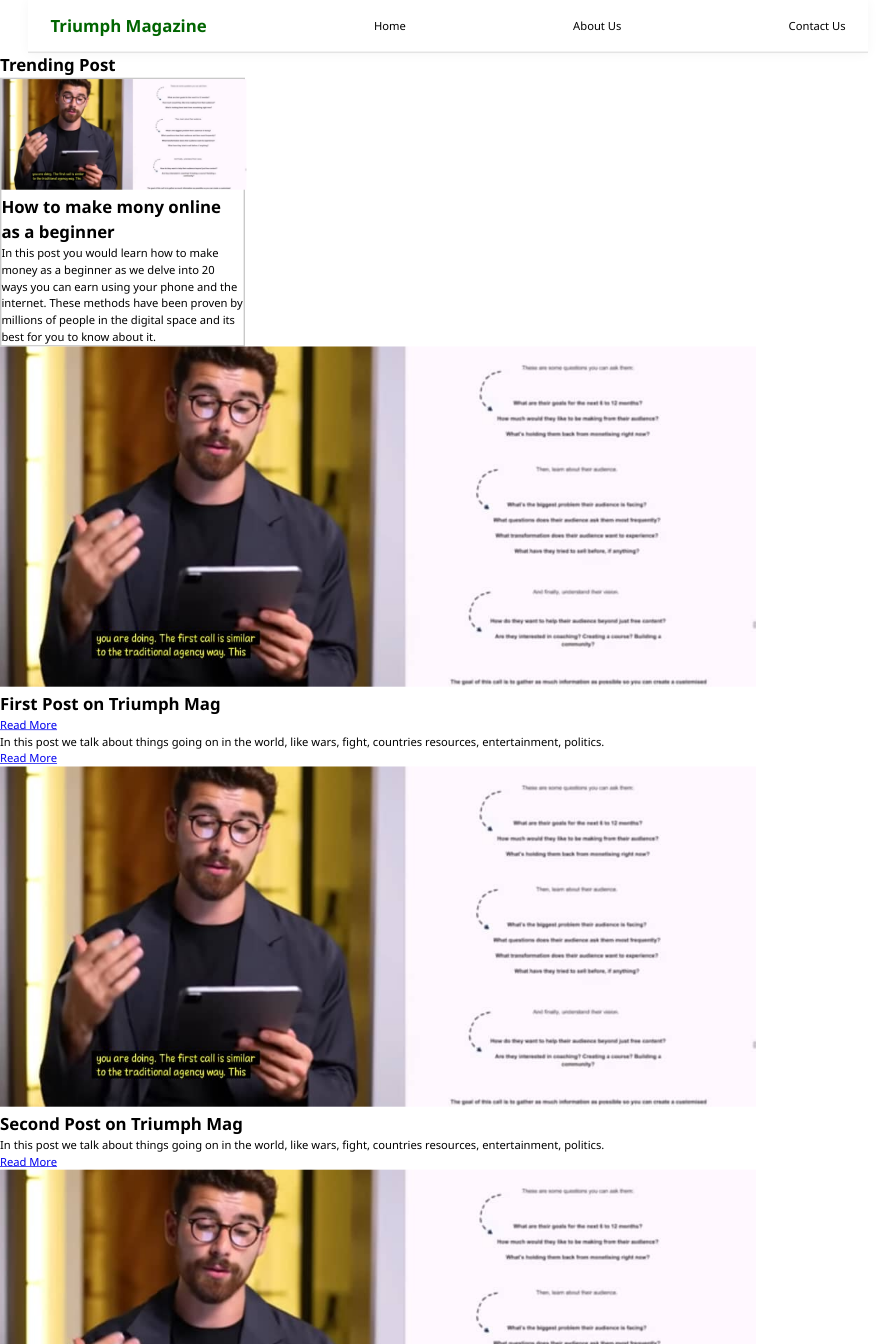
Repository: zikcolle/Triumph-Blog
Page: index.html
The author's editor kept a copy of each file at every save. The page is drawn from the files as they stood at one save, then again after the next save.
The browser window is 1280 px wide. The pictures show the part of the page from y = 0 to 1920 px (the page is 4623 px tall before and 4600 px after), at 70% of full size.

Above is the page before, as saved 2026-06-20 15:31:49.

### index.html
<!DOCTYPE html>
<html lang="en">

<head>
    <meta charset="UTF-8">
    <meta name="viewport" content="width=device-width, initial-scale=1.0">
    <title>Triumph Magazine</title>
    <link rel="stylesheet" href="styles.css">
</head>

<body>
    <header>
        <h2>Triumph Magazine</h2>
            <a href="#">Home</a></li>
            <a href="/about-us">About Us</a>
            <a href="/contact-us">Contact Us</a>
    </header>

    <main>
        <section>
            <div>
                <h2 class="label-post">Trending Post</h2>
            </div>
            <div class="feat-post">
                <img src="simage\postiman.jpeg">
                <h1>How to make mony online as a beginner</h1>
                <p>In this post you would learn how to make money as a beginner as we delve into 20 ways you can earn
                    using your phone and the internet. These methods have been proven by millions of people in the
                    digital space and its best for you to know about it.</p>
            </div>
        </section>

        <section class="post-grid">
            <div class="blog-post">
                <img src="simage\postiman.jpeg">
                <h1>First Post on Triumph Mag</h1><a href="#" class="read-more">Read More</a>
                <p>In this post we talk about things going on in the world, like wars, fight, countries resources,
                    entertainment, politics.</p>
                <a href="#" class="read-more">Read More</a>
            </div>

            <div class="blog-post">
                <img src="simage\postiman.jpeg">
                <h1>Second Post on Triumph Mag</h1>
                <p>In this post we talk about things going on in the world, like wars, fight, countries resources,
                    entertainment, politics.</p>
                <a href="#" class="read-more">Read More</a>
            </div>

            <div class="blog-post">
                <img src="simage\postiman.jpeg">
                <h1>Third Post on Triumph Mag</h1>
                <p>In this post we talk about things going on in the world, like wars, fight, countries resources,
                    entertainment, politics.</p>
                <a href="#" class="read-more">Read More</a>
            </div>

            <div class="blog-post">
                <img src="simage\postiman.jpeg">
                <h1>Fourth Post on Triumph Mag</h1>
                <p>In this post we talk about things going on in the world, like wars, fight, countries resources,
                    entertainment, politics.</p>
                <a href="#" class="read-more">Read More</a>
            </div>

            <div class="blog-post">
                <img src="simage\postiman.jpeg">
                <h1>Fifth Post on Triumph Mag</h1>
                <p>In this post we talk about things going on in the world, like wars, fight, countries resources,
                    entertainment, politics.</p>
                <a href="#" class="read-more">Read More</a>
            </div>

            <div class="blog-post">
                <img src="simage\postiman.jpeg">
                <h1>Sixth Post on Triumph Mag</h1>
                <p>In this post we talk about things going on in the world, like wars, fight, countries resources,
                    entertainment, politics.</p>
                <a href="#" class="read-more">Read More</a>
            </div>

            <div><a href="/blog">View More Posts</a></div>
        </section>

        <section>
            <h2>Related Posts</h2>

            <div class="blog-post">
                <img src="simage\postiman.jpeg">
                <h1><a href="/blog">Sixth Post on Triumph Mag</a></h1>
            </div>
        </section>
    </main>

    <footer>
        <h2>Triumph Magazine</h2>
        <p>© 2026 Triumph Magazine. All rights reserved.</p>
    </footer>

</body>

</html>

### styles.css
* {
    margin: 0;
    padding: 0;
    box-sizing: border-box;
    scroll-behavior: smooth;
}

body {
    background-color: rgb(255, 255, 255);
    color: rgb(0, 0, 0);
    font-family:'Segoe UI', Tahoma, Geneva, Verdana, sans-serif;
    line-height: 1.5;
}

header {
    position: sticky;
    display: flex;
    justify-content: space-between;
    align-items: center;
    margin: 0 auto;
    max-width: 1200px;
    background-color: rgba(255,255,255,0.92);
    border-bottom: 1px solid rgba(0, 0, 0, 0.213);
    backdrop-filter: blur(20px) saturate(180%);
    -webkit-backdrop-filter: blur(20px) saturate(180%);
    box-shadow: 0 1px 0 rgba(0,0,0,0.04), 0 2px 16px rgba(0,0,0,0.04);
    padding: 1.2rem 2rem;
    top: 0;
    z-index: 100;
    color: rgb(0, 101, 0);
}

header a {
    text-decoration: none;
    color: rgb(0, 0, 0);
}

header a:hover {
    text-decoration: none;
    color: rgb(0, 101, 0);
    text-decoration: underline;
}

.feat-post {
    background-color: rgb(255, 255, 255);
    border: 2px solid rgba(0, 0, 0, 0.213);
    max-width: 350px;
}

.feat-post img {
    max-width: 350px;
}

After the next save:
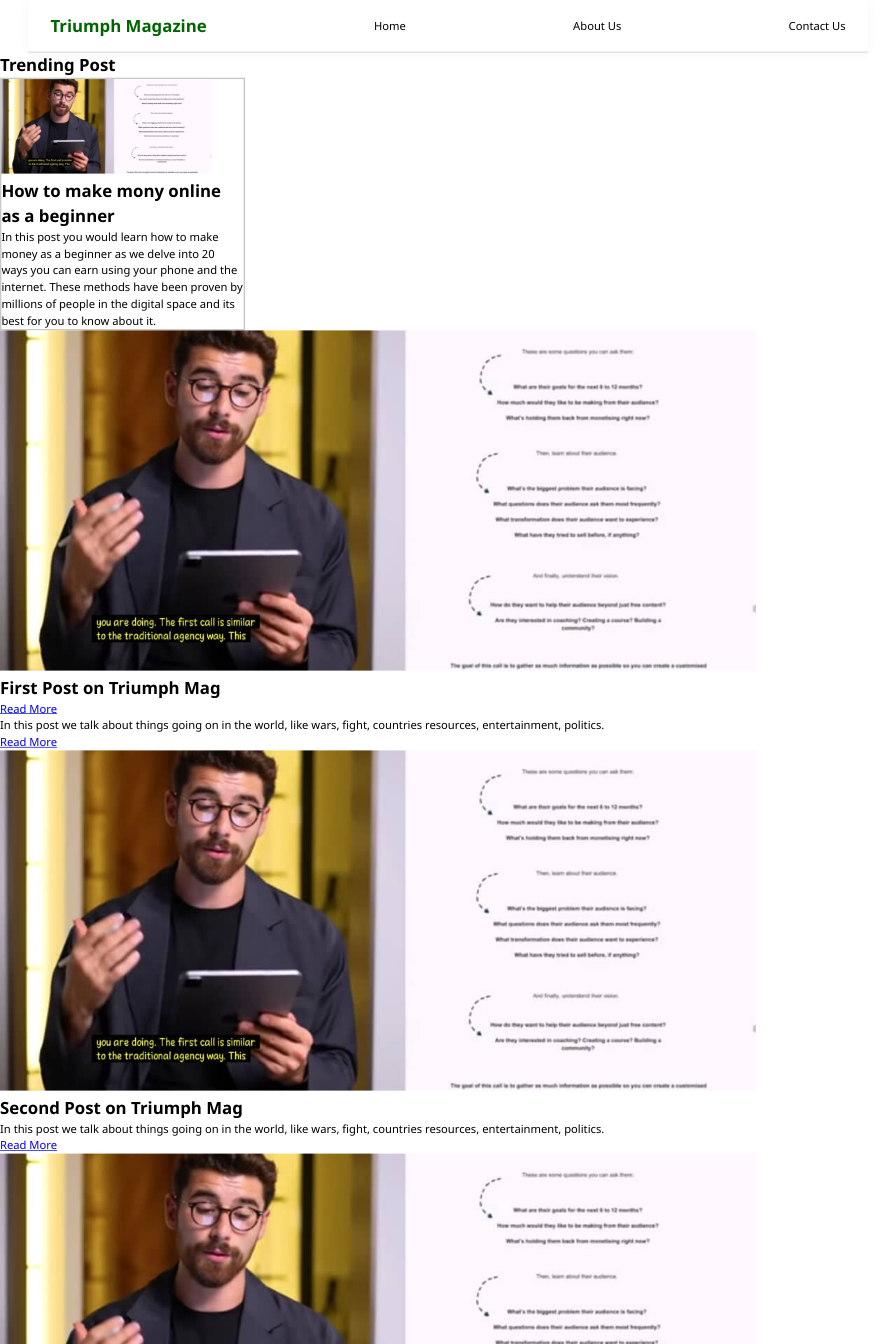
Saved 13 s later.
--- a/styles.css
+++ b/styles.css
@@ -48,5 +48,5 @@ header a:hover {
 }
 
 .feat-post img {
-    max-width: 350px;
+    max-width: 300px;
 }

After the save that followed:
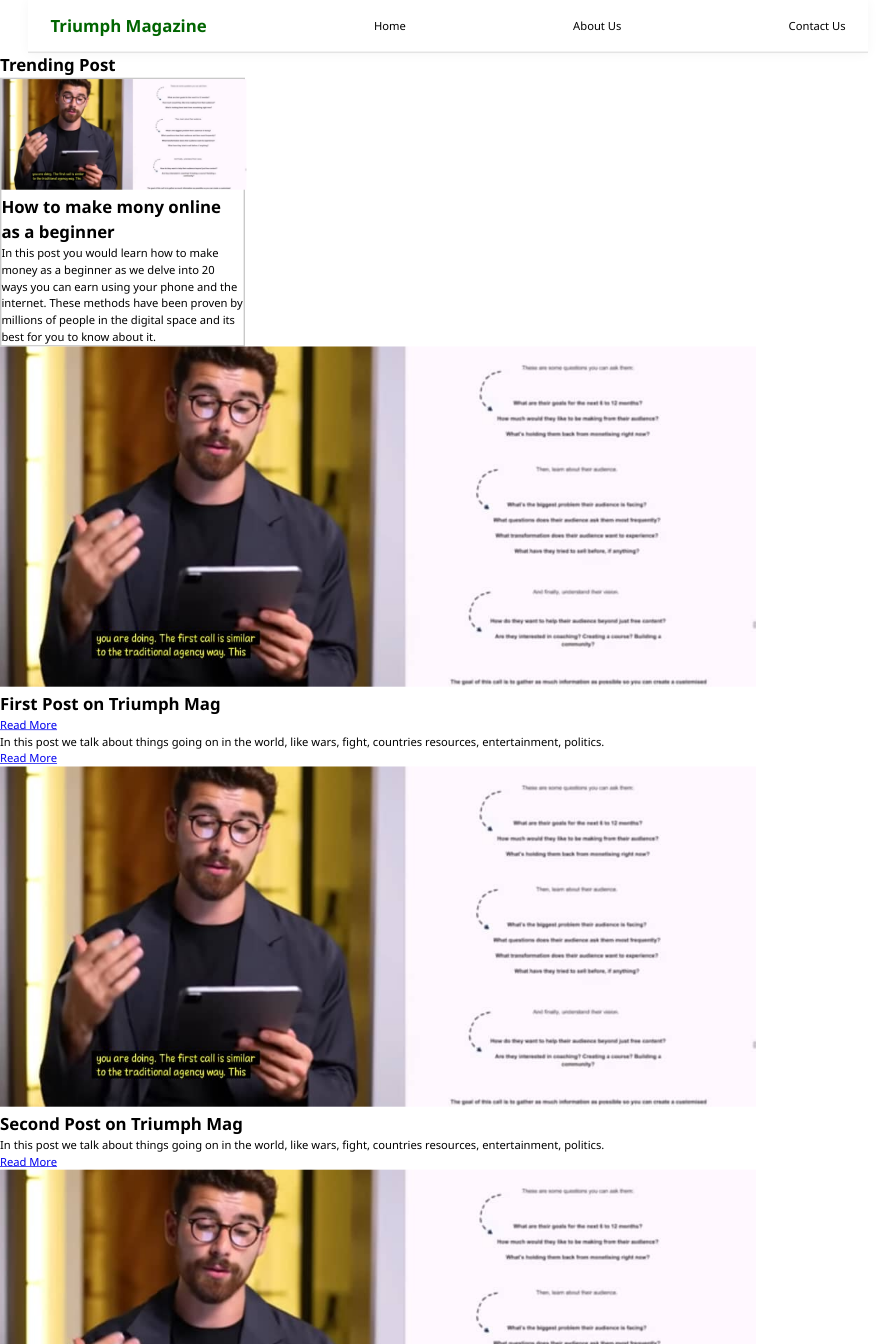
Saved 15 s later.
--- a/styles.css
+++ b/styles.css
@@ -48,5 +48,5 @@ header a:hover {
 }
 
 .feat-post img {
-    max-width: 300px;
+    max-width: 350px;
 }
